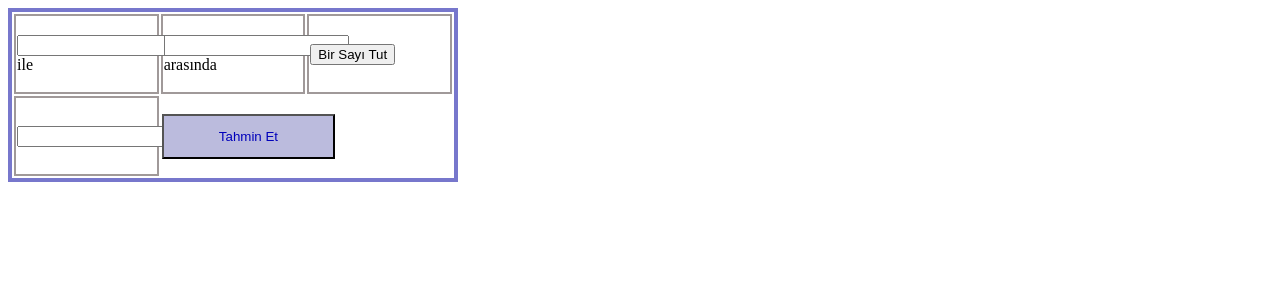
Repository: emrebolukbas/.js-Training-Tobeto
Page: 4-oyunBirSayiTut/public/oyunBirSayiTut.html
These files come from the project's save history. The page is drawn as it stood at one moment and after the next save; the edit follows.
The browser window is 1280 px wide. The pictures show the whole page.

Above is the page before, as saved 2023-10-08 21:03:18.
Console error: ReferenceError: sayfaYukle is not defined

### 4-oyunBirSayiTut/public/oyunBirSayiTut.html
<!DOCTYPE html>
<html>
<head>
	<meta charset="UTF-8">
	<title> 4-Oyun Bir Sayı Tut 1.0 </title>
	<link rel="stylesheet" href="oyunBirSayiTut.css">
	<script type="text/javascript" src="oyunBirSayiTut.js"></script>
</head>
<body onload="sayfaYukle();">

	<table class="table-1">
		<tr class="tr-1">
			<td class="td-1">
				<input id="input-1" type="number">
				<label for="input-1">ile</label>
			</td>
			<td class="td-1">
				<input id="input-2" type="number">
				<label for="input-2">arasında</label>
			</td>
			<td class="td-1">
				<button type="button" onclick="yeniSayiTut();"> Bir Sayı Tut </button>
			</td>
		</tr>
		<tr class="tr-1">
			<td class="td-1">
				<input id="input-3" type="number">
			</td>
			<td class="td-2" colspan="2">
				<button id="button-1" class="button-1" type="button" onclick="tahminEt();"> Tahmin Et </button>
			</td>
		</tr>
	</table>

	<br/>
	<div class="div-1">
		<p id="p-1" class="p-1"></p>
	</div>
</body>
</html>

### 4-oyunBirSayiTut/public/oyunBirSayiTut.css
@charset "UTF-8";

table.table-1 {
	width: 450px;
	table-layout: fixed;
	border: solid #77c 4px;
}

tr.tr-1 {
	height: 80px;
	vertical-align: middle;
}

td.td-1 {
	border: solid #a09999 2px;
}

button.button-1 {
	color: #00b;
	background-color: #bbd;
	height: 45px;
	width: 60%;
}

div.div-1 {
	font: oblique;
	font-weight: 600;
	font-size: 18px;
	color: rgb(0, 128, 128);
}

Loaded but not shown: 4-oyunBirSayiTut/public/oyunBirSayiTut.js (common file)

After the next save:
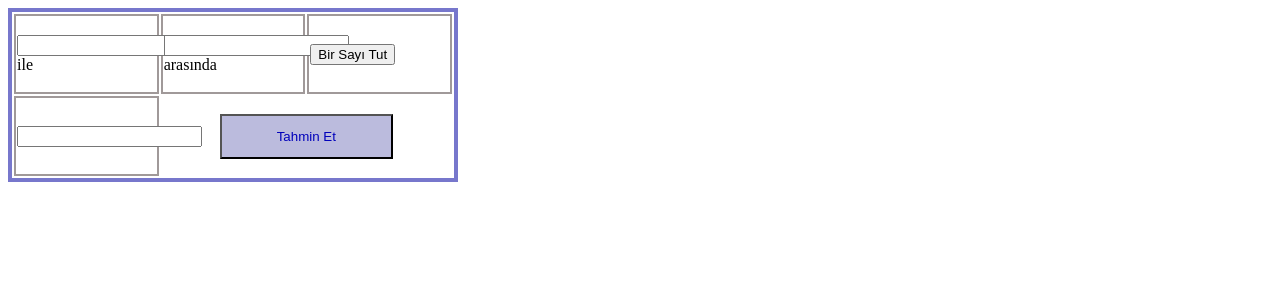
Saved 55 s later.
--- a/4-oyunBirSayiTut/public/oyunBirSayiTut.css
+++ b/4-oyunBirSayiTut/public/oyunBirSayiTut.css
@@ -14,6 +14,9 @@ tr.tr-1 {
 td.td-1 {
 	border: solid #a09999 2px;
 }
+td.td-2 {
+	text-align: center;
+}
 
 button.button-1 {
 	color: #00b;
